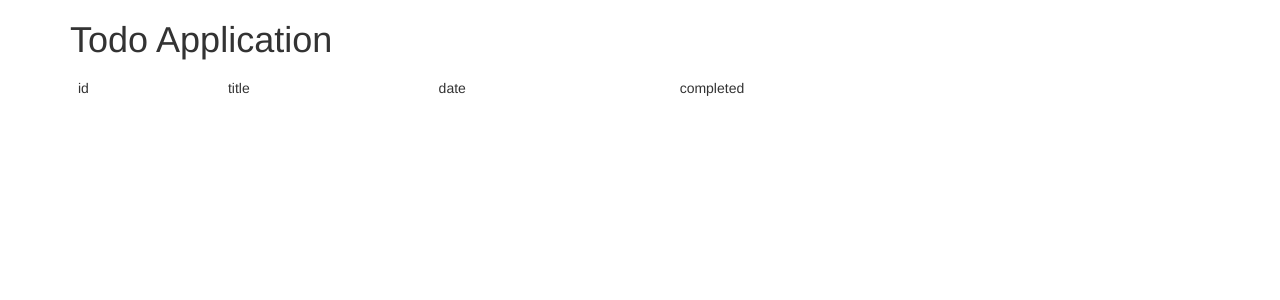
Repository: 92Hjun/spring
Page: http://localhost/spring-angular/home
These files come from the project's save history. The page is drawn as it stood at one moment and after a run of saves; the edit follows.
The browser window is 1280 px wide. The pictures show the whole page.
The page is served by Tomcat 9. Queries for data that is not in the repository find no rows.

Above is the page before, as saved 2017-05-01 06:48:00.

After the next 2 saves:
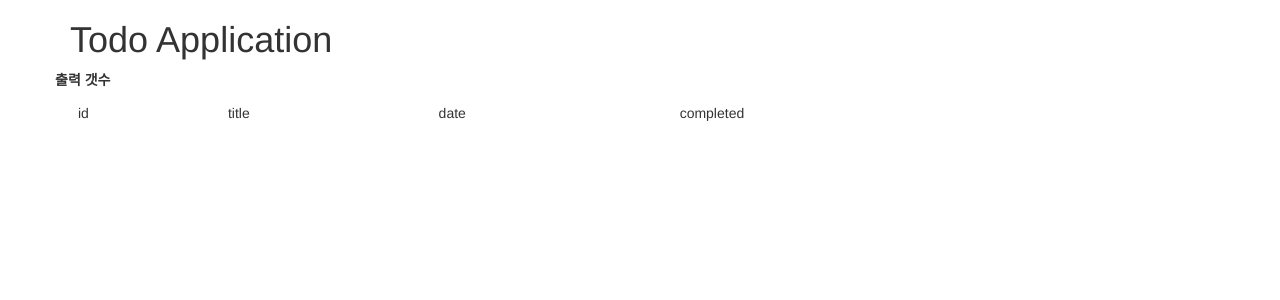
The 2 saves are shown as one change because they came seconds apart.
The last was saved 12 s later.
--- a/spring-angular/src/main/webapp/WEB-INF/views/home.jsp
+++ b/spring-angular/src/main/webapp/WEB-INF/views/home.jsp
@@ -72,7 +72,7 @@
 		<h1>Todo Application</h1>
 
 		<div class="row">
-
+			<label>출력 갯수</label>
 		</div>
 
 		<table class="table">
